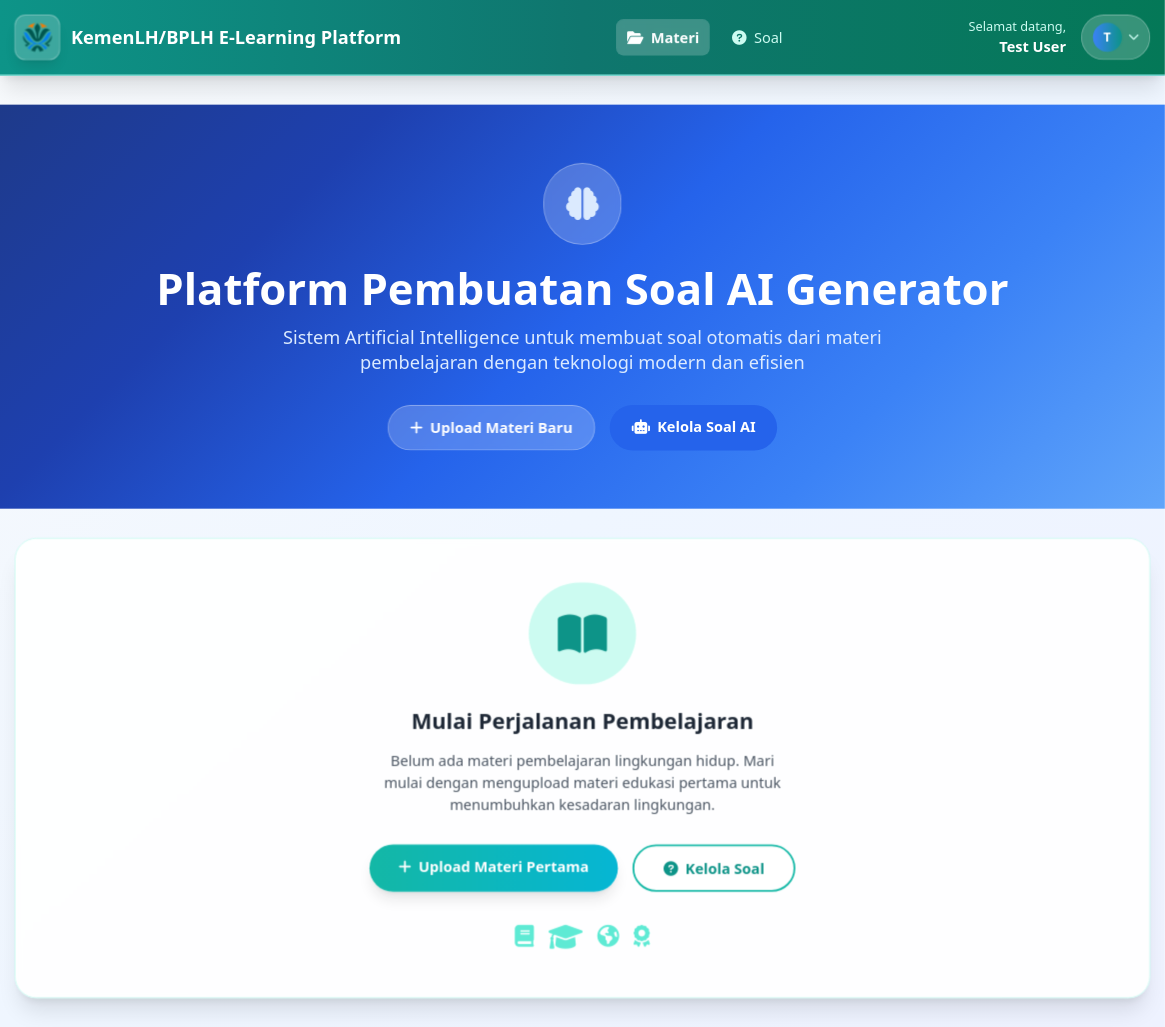
Repository: Autofat/LMS-MOOC
Page: http://localhost/materials
An editor plug-in stored every save of this project. The page is shown before and after the next save, followed by the edit.
The browser window is 1280 px wide. The pictures show the whole page, at 91% of full size.
Some web libraries are served in a nearby version. The page is served by the project's Laravel application, run on PHP 8.4 with Laravel 12. A made-up administrator, Test User (test@example.com), is signed in. Queries for data that is not in the repository find no rows.

Above is the page before, as saved 2025-08-01 13:12:13.

After the next save:
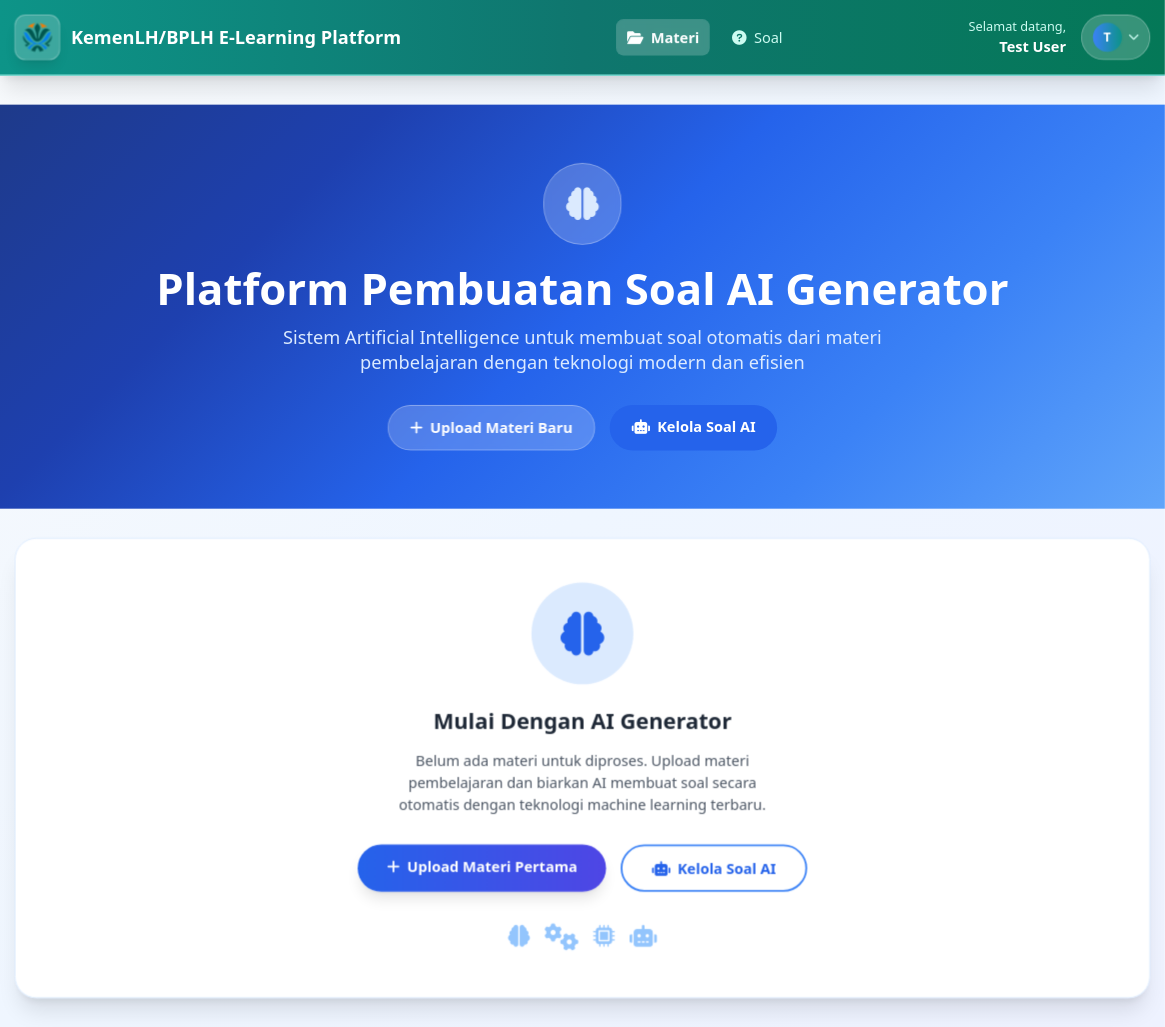
Saved 22 s later.
--- a/resources/views/materials/index.blade.php
+++ b/resources/views/materials/index.blade.php
@@ -176,35 +176,35 @@
             </div>
         @endif
         @else
-            <!-- Empty State with Theme Colors -->
-            <div class="bg-white/90 backdrop-blur-sm shadow-xl rounded-3xl p-12 text-center border border-teal-100">
-                <div class="text-teal-500 mb-6">
-                    <div class="bg-teal-100 rounded-full p-8 inline-block">
-                        <i class="fas fa-book-open text-5xl text-teal-600"></i>
-                    </div>
-                </div>
-                <h3 class="text-2xl font-bold text-gray-800 mb-4">Mulai Perjalanan Pembelajaran</h3>
+            <!-- Empty State with Professional Theme -->
+            <div class="bg-white/95 backdrop-blur-sm shadow-xl rounded-3xl p-12 text-center border border-blue-100">
+                <div class="text-blue-500 mb-6">
+                    <div class="bg-blue-100 rounded-full p-8 inline-block">
+                        <i class="fas fa-brain text-5xl text-blue-600"></i>
+                    </div>
+                </div>
+                <h3 class="text-2xl font-bold text-gray-800 mb-4">Mulai Dengan AI Generator</h3>
                 <p class="text-gray-600 mb-8 max-w-md mx-auto">
-                    Belum ada materi pembelajaran lingkungan hidup. Mari mulai dengan mengupload materi edukasi pertama untuk menumbuhkan kesadaran lingkungan.
+                    Belum ada materi untuk diproses. Upload materi pembelajaran dan biarkan AI membuat soal secara otomatis dengan teknologi machine learning terbaru.
                 </p>
 
                 <div class="flex flex-col sm:flex-row gap-4 justify-center">
                     <a href="{{ route('materials.create') }}"
-                        class="bg-gradient-to-r from-teal-500 to-cyan-500 hover:from-teal-600 hover:to-cyan-600 text-white font-bold py-3 px-8 rounded-full transition-all duration-300 transform hover:scale-105 shadow-lg">
+                        class="bg-gradient-to-r from-blue-600 to-indigo-600 hover:from-blue-700 hover:to-indigo-700 text-white font-bold py-3 px-8 rounded-full transition-all duration-300 transform hover:scale-105 shadow-lg">
                         <i class="fas fa-plus mr-2"></i>Upload Materi Pertama
                     </a>
                     <a href="{{ route('questions.manage') }}"
-                        class="bg-white border-2 border-teal-500 text-teal-600 hover:bg-teal-50 font-bold py-3 px-8 rounded-full transition-all duration-300">
-                        <i class="fas fa-question-circle mr-2"></i>Kelola Soal
+                        class="bg-white border-2 border-blue-500 text-blue-600 hover:bg-blue-50 font-bold py-3 px-8 rounded-full transition-all duration-300">
+                        <i class="fas fa-robot mr-2"></i>Kelola Soal AI
                     </a>
                 </div>
 
                 <!-- Decorative Elements -->
-                <div class="mt-8 flex justify-center space-x-4 text-teal-300">
-                    <i class="fas fa-book text-2xl"></i>
-                    <i class="fas fa-graduation-cap text-3xl"></i>
-                    <i class="fas fa-globe-americas text-2xl"></i>
-                    <i class="fas fa-award text-2xl"></i>
+                <div class="mt-8 flex justify-center space-x-4 text-blue-300">
+                    <i class="fas fa-brain text-2xl"></i>
+                    <i class="fas fa-cogs text-3xl"></i>
+                    <i class="fas fa-microchip text-2xl"></i>
+                    <i class="fas fa-robot text-2xl"></i>
                 </div>
             </div>
         @endif
